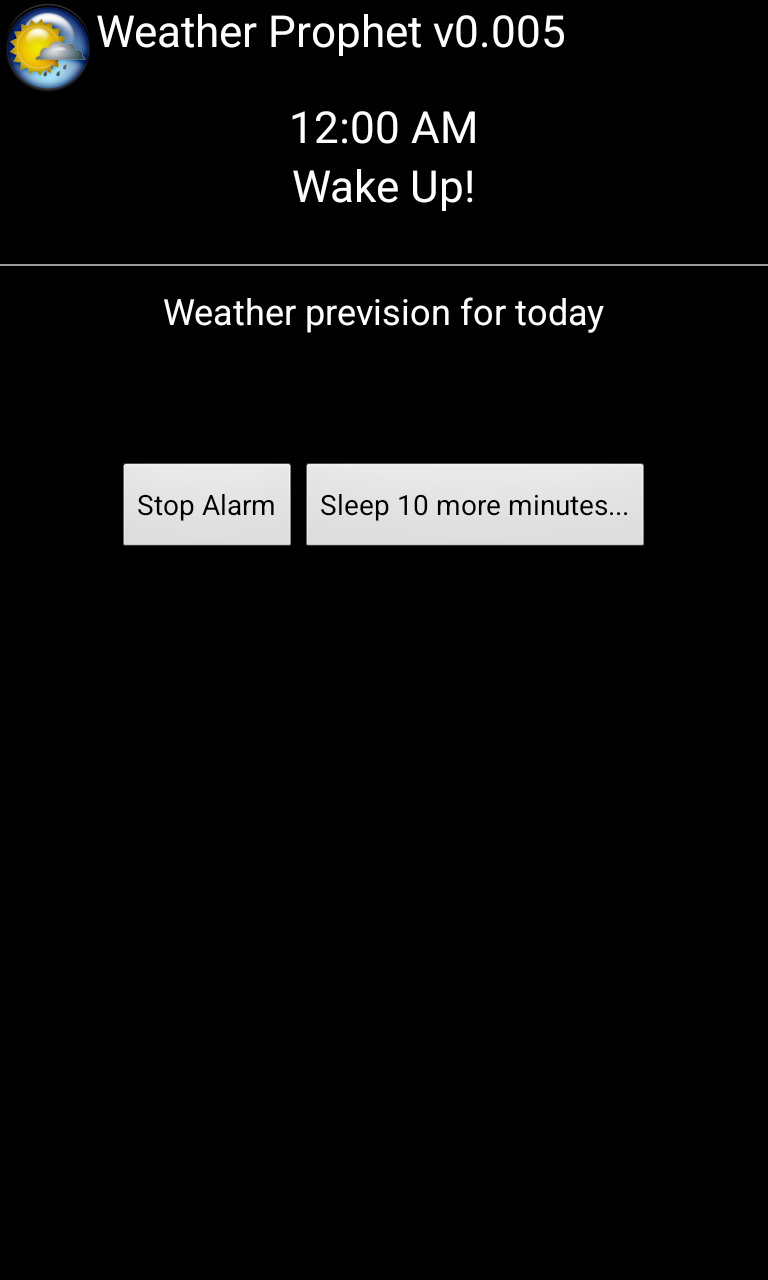
Repository: kaleidos/Weather-Prophet
Layout: android/WeatherProphet/res/layout/showalarm.xml
These files come from the project's save history. The layout is drawn as it stood at one moment and after the next save; the edit follows.
It is drawn on a 768 x 1280 px phone screen (xhdpi) without system bars, with theme android:Theme; the app's code is not run.

Above is the layout before, as saved 2011-12-16 09:14:37.

After the next save:
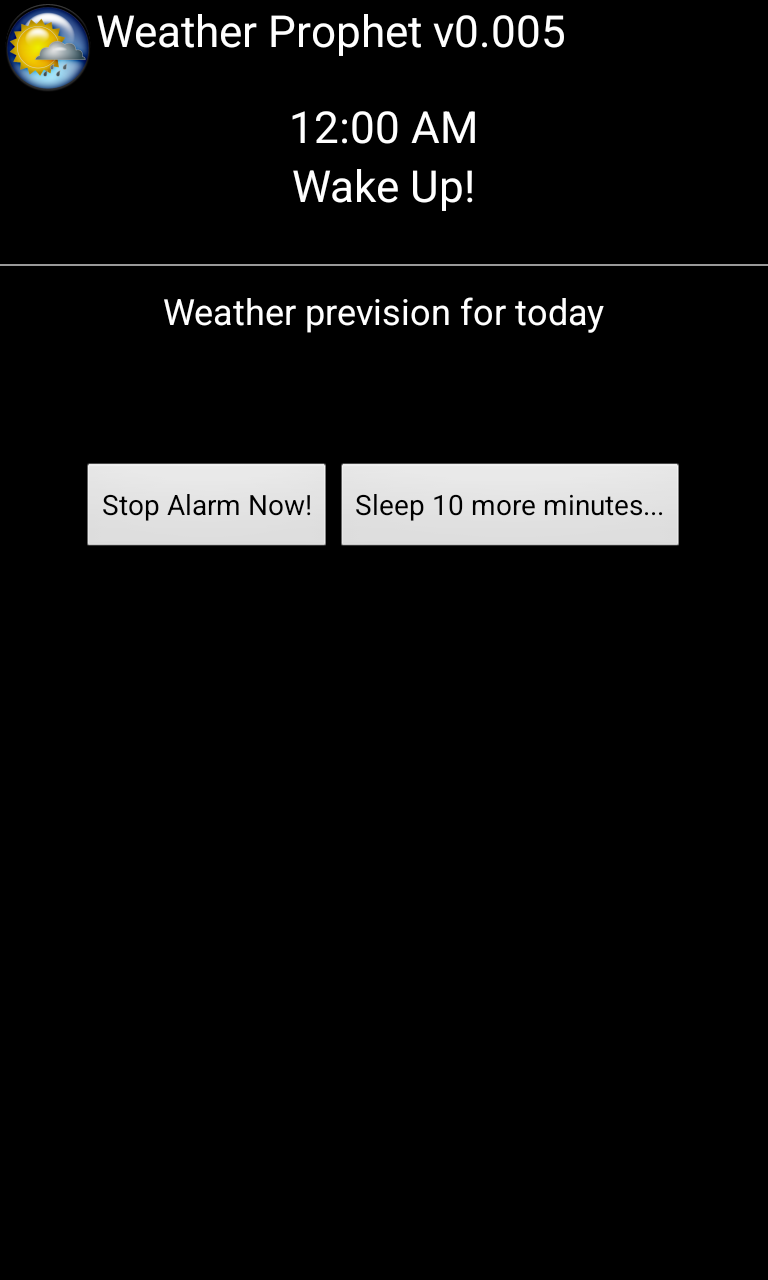
Saved 11 s later.
--- a/android/WeatherProphet/res/values/strings.xml
+++ b/android/WeatherProphet/res/values/strings.xml
@@ -4,7 +4,7 @@
     <string name="hello">Weather Prophet v0.005</string>
     <string name="app_name">WeatherProphet</string>
     <string name="wake_up">Wake Up!</string>
-    <string name="stop_alarm">Stop Alarm</string>
+    <string name="stop_alarm">Stop Alarm Now!</string>
     <string name="base_hour">Set your wake up hour</string>
     <string name="time_offset">Set offset</string>
     <string name="minutes">5</string>
